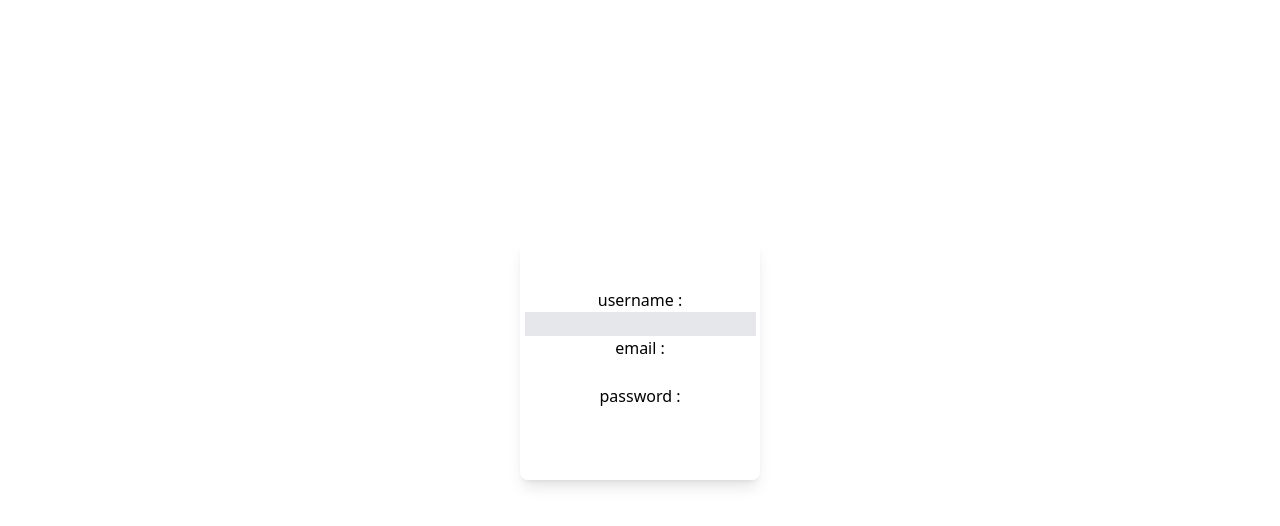
Repository: Emy-gold/alx-fe-reactjs
Page: / (app in form-handling-react/)
An editor plug-in stored every save of this project. The page is shown before and after the next save, followed by the edit.
The browser window is 1280 px wide. The pictures show the whole page.
The project was rebuilt for these pictures with package versions that can differ from the ones it lists, and the page was loaded fresh each time. Also part of the build but not shown: form-handling-react/vite.config.js.

Above is the page before, as saved 2025-08-22 21:27:17.

### form-handling-react/src/App.jsx
import React from 'react';
import RegistrationForm from './components/RegistrationForm';

function App() {
  return (
    <>
      <RegistrationForm />
    </>
  )
}

export default App

### form-handling-react/src/components/RegistrationForm.jsx
import React from 'react';
import { useState } from 'react';

function RegistrationForm() {

    const [formData, setFormData] = useState({ username: '', email: '', password: '' });

    const handleChange = (e) => {
        const { name, value } = e.target;
        setFormData(prevState => ({ ...prevState, [name]: value }));
    }

    const handleSubmit = (e) => {
        e.preventDefault();
        console.log(formData);
    }

    return (
        <div className='flex w-full mx-auto h-screen justify-center items-center'>
            <form onSubmit={handleSubmit} className='flex flex-col justify-center items-center w-60 h-60 rounded-lg shadow-lg'>
                <label>username :</label>
                <input
                    type="text"
                    name="username"
                    value={formData.name}
                    onChange={handleChange}
                    className='bg-gray-200'
                />
                <label>email :</label>
                <input
                    type="email"
                    name="email"
                    value={formData.email}
                    onChange={handleChange}
                />
                <label>password :</label>
                <input
                    type="password"
                    name="password"
                    value={formData.password}
                    onChange={handleChange}
                />
            </form>
        </div>
    )
}

export default RegistrationForm

Loaded but not shown: form-handling-react/index.html (common file); form-handling-react/src/main.jsx (common file); form-handling-react/src/index.css (common file); form-handling-react/tailwind.config.js (common file)

After the next save:
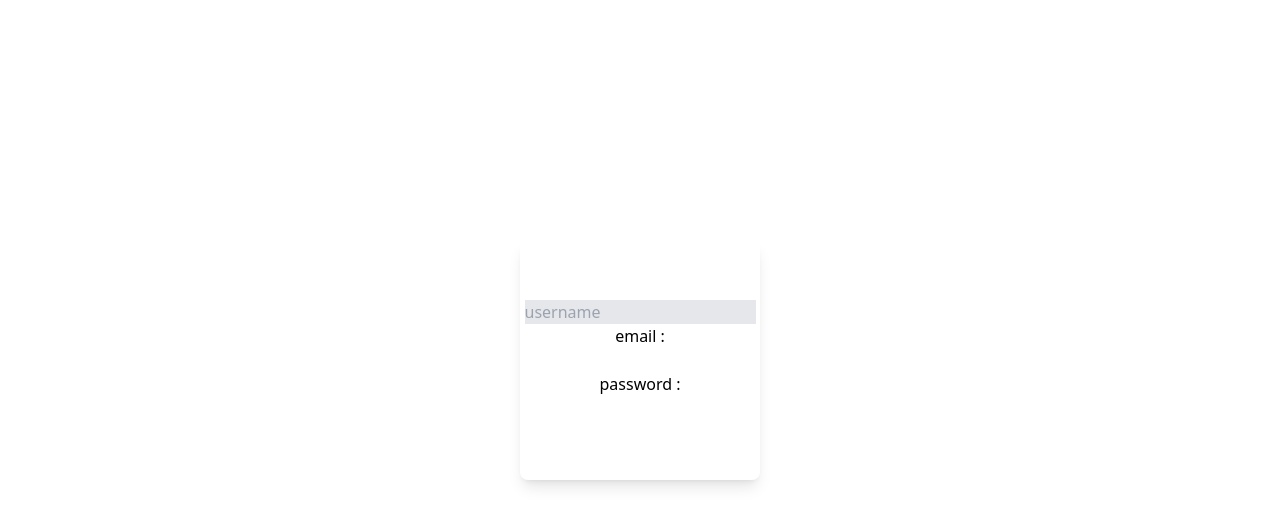
Saved 10 min 40 s later.
--- a/form-handling-react/src/components/RegistrationForm.jsx
+++ b/form-handling-react/src/components/RegistrationForm.jsx
@@ -18,13 +18,13 @@ function RegistrationForm() {
     return (
         <div className='flex w-full mx-auto h-screen justify-center items-center'>
             <form onSubmit={handleSubmit} className='flex flex-col justify-center items-center w-60 h-60 rounded-lg shadow-lg'>
-                <label>username :</label>
                 <input
                     type="text"
                     name="username"
                     value={formData.name}
                     onChange={handleChange}
-                    className='bg-gray-200'
+                    placeholder='username'
+                    className='bg-gray-200 text-400'
                 />
                 <label>email :</label>
                 <input
